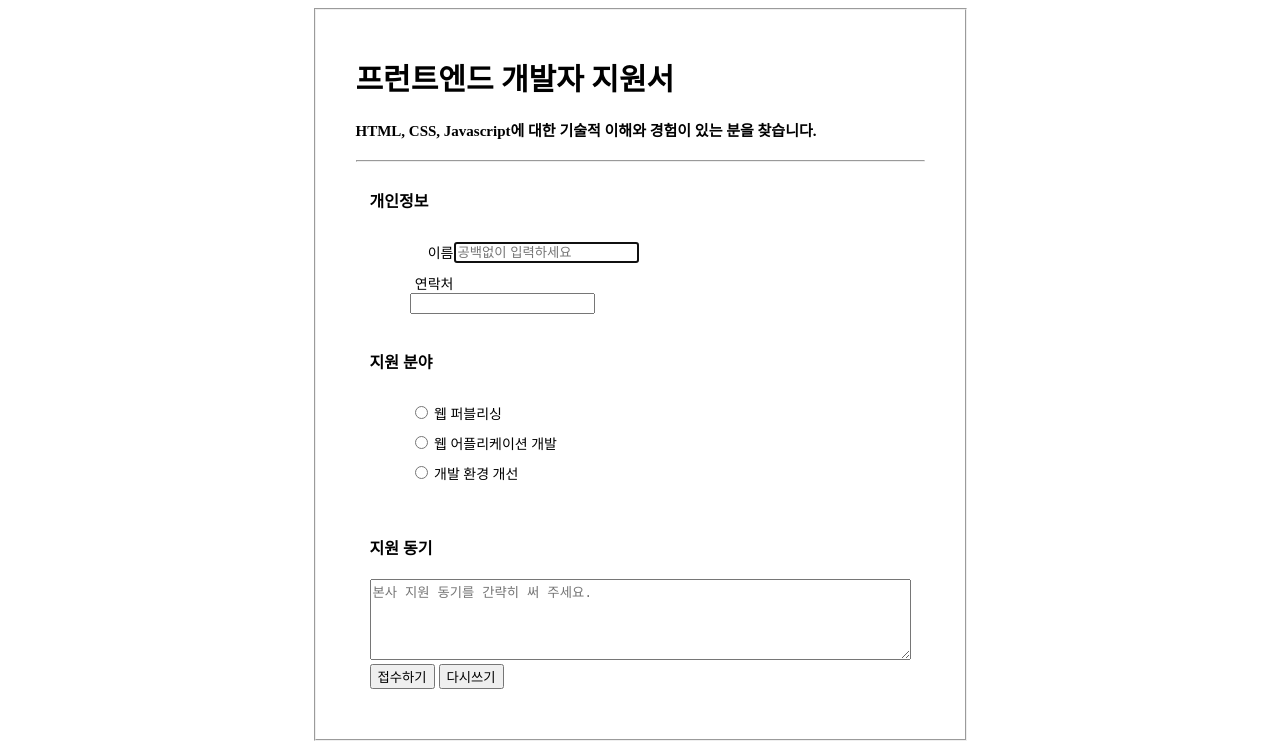
Repository: ygs3004/StudyHTML_CSS
Page: web project 01/src/main/webapp/chapter05/exam05_20.html
These files come from the project's save history. The page is drawn as it stood at one moment and after a run of saves; the edit follows.
The browser window is 1280 px wide. The pictures show the whole page.

Above is the page before, as saved 2022-08-09 06:00:05.

After the next 2 saves:
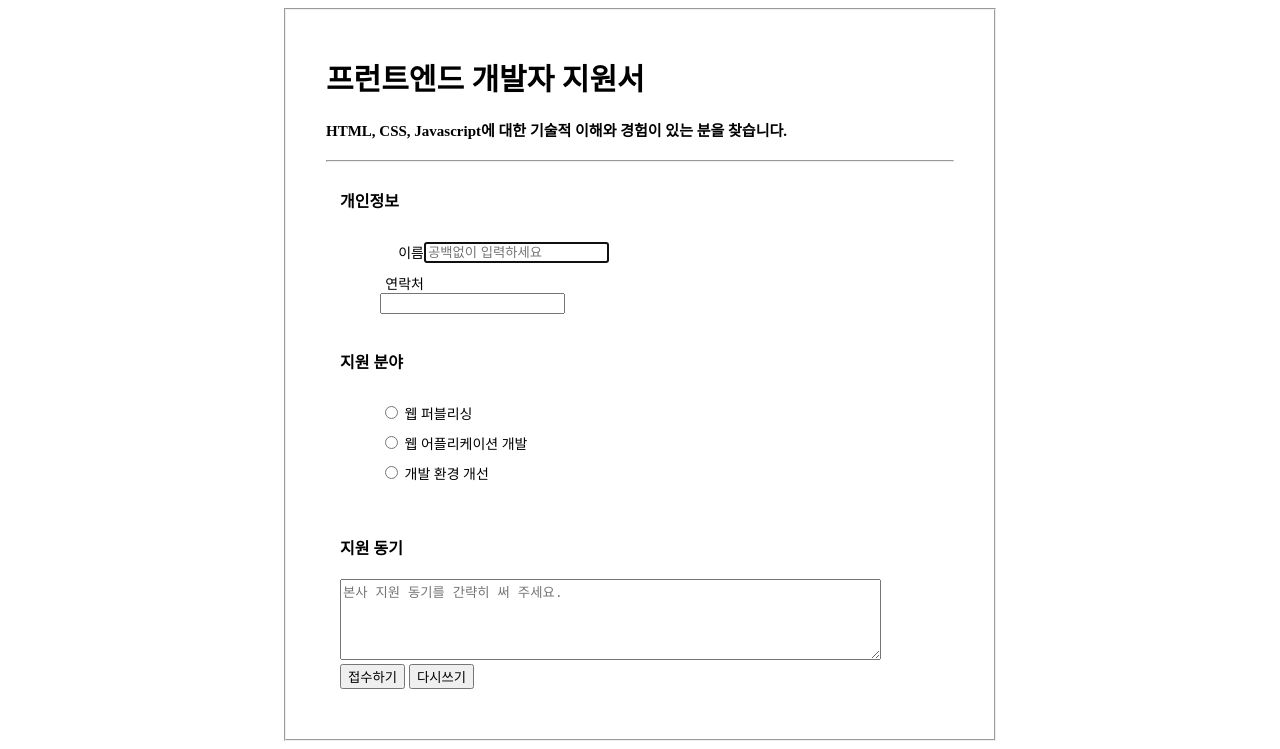
The 2 saves are shown as one change because they came seconds apart.
The last was saved 9 s later.
--- a/web project 01/src/main/webapp/chapter05/exam05_20.html
+++ b/web project 01/src/main/webapp/chapter05/exam05_20.html
@@ -29,7 +29,7 @@
 		font-weight : bold;
 		border:0 none;
 		text-align : left;
-		width : 500px;
+		width : 600px;
 	}
 
 	textarea{

After the save that followed:
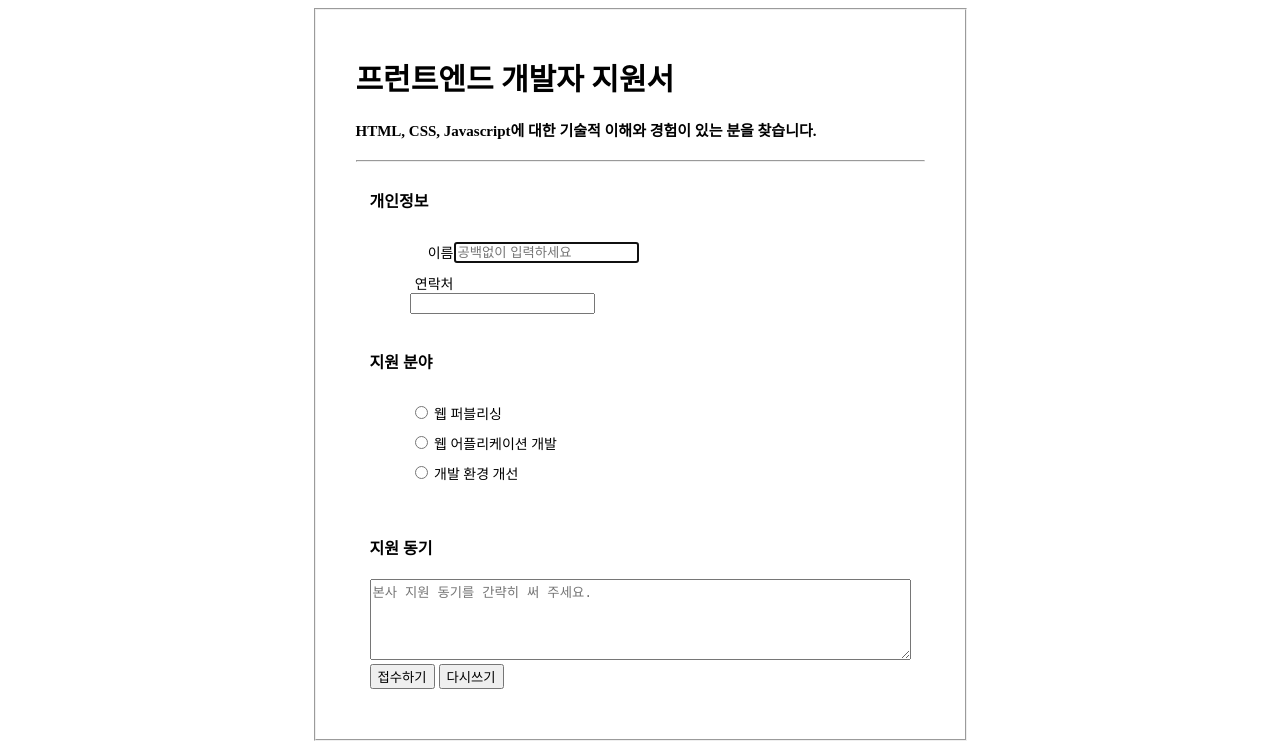
Saved 11 s later.
--- a/web project 01/src/main/webapp/chapter05/exam05_20.html
+++ b/web project 01/src/main/webapp/chapter05/exam05_20.html
@@ -29,7 +29,7 @@
 		font-weight : bold;
 		border:0 none;
 		text-align : left;
-		width : 600px;
+		width : 480px;
 	}
 
 	textarea{
